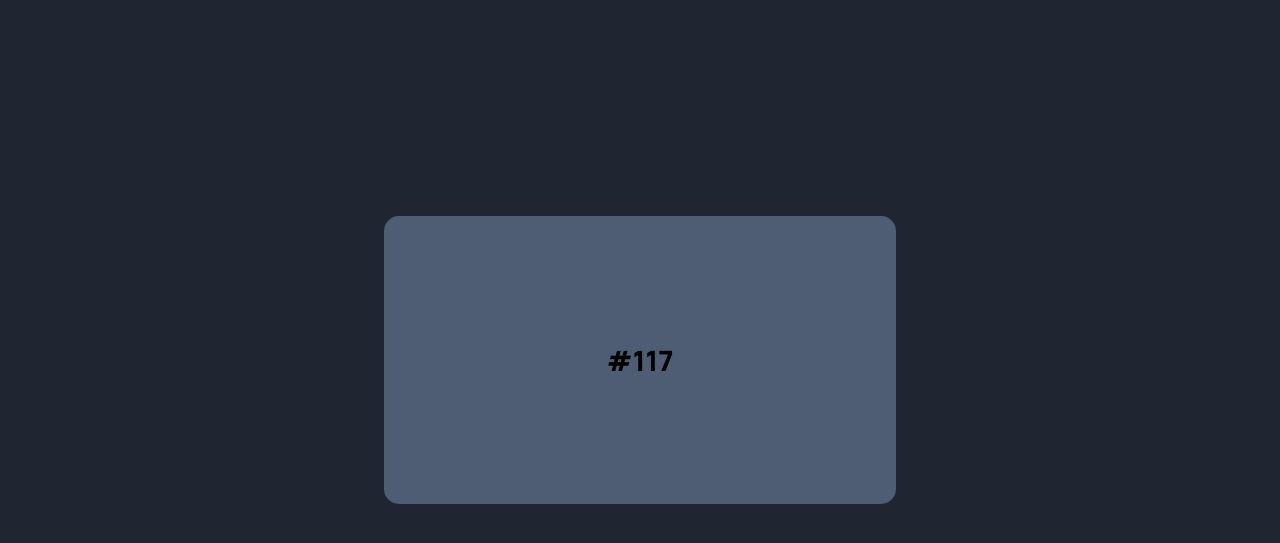
Repository: WindOfCodes/advice-generator-app
Page: index.html
These files come from the project's save history. The page is drawn as it stood at one moment and after the next save; the edit follows.
The browser window is 1280 px wide. The pictures show the whole page.

Above is the page before, as saved 2022-11-25 22:07:17.

### index.html
<!DOCTYPE html>
<html lang="en">
<head>
  <meta charset="UTF-8">
  <meta name="viewport" content="width=device-width, initial-scale=1.0">
  <link href="https://fonts.googleapis.com/css2?family=Manrope:wght@800&display=swap" rel="stylesheet">
  <link rel="stylesheet" href="/styles/main.css">
</head>
<body>
  <div class="card">
    <span class="number">#117</span>
    <span class="quote"></span>
  </div>
</body>
</html>

### styles/main.css
/* <style>
.attribution { font-size: 11px; text-align: center; }
.attribution a { color: hsl(228, 45%, 44%); }
</style> */

/* Mobile: 375px
Desktop: 1440px */

/* $lightCyan : hsl(193, 38%, 86%);
$neonGreen: hsl(150, 100%, 66%);
$grayishBlue: hsl(217, 19%, 38%);
$darkGrayishBlue: hsl(217, 19%, 24%);
$darkBlue: hsl(218, 23%, 16%); */

body {
  font-family: "Manrope", sans-serif;
  font-weight: 800;
  background-color: hsl(218, 23%, 16%);
  font-size: 28px;
}

.card {
  background-color: hsl(217, 19%, 38%);
  width: 40%;
  min-height: 40%;
  display: flex;
  position: absolute;
  top: 50%;
  left: 50%;
  transform: translate(-50%, -50%);
  justify-content: center;
  align-items: center;
  margin: auto;
  border-radius: 15px;
}

After the next save:
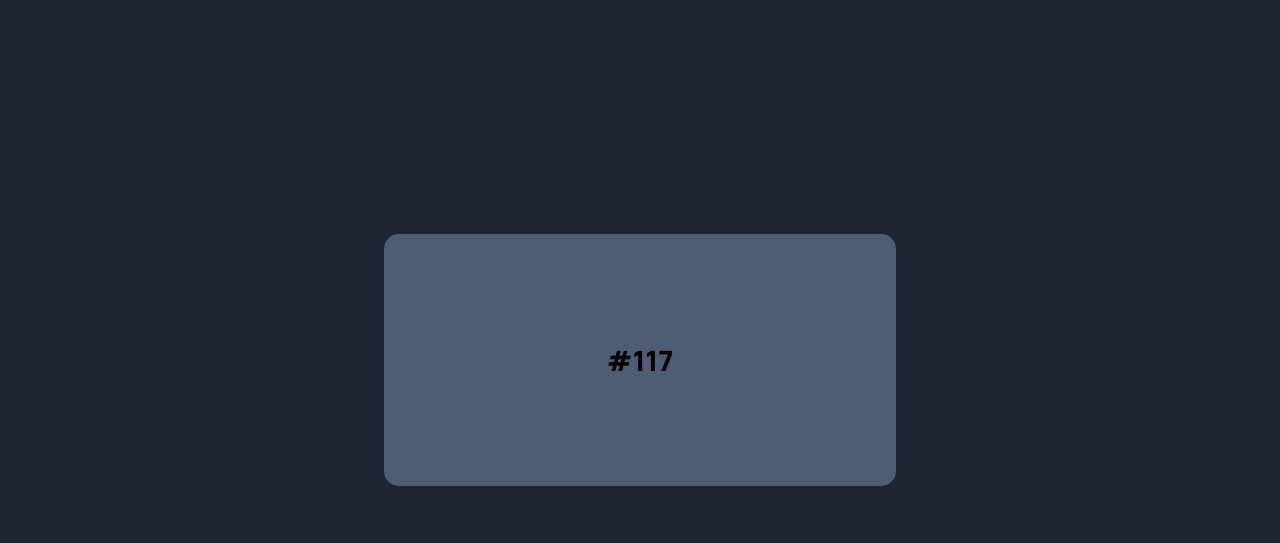
Saved 8 s later.
--- a/styles/main.css
+++ b/styles/main.css
@@ -22,7 +22,7 @@ body {
 .card {
   background-color: hsl(217, 19%, 38%);
   width: 40%;
-  min-height: 40%;
+  min-height: 35%;
   display: flex;
   position: absolute;
   top: 50%;
